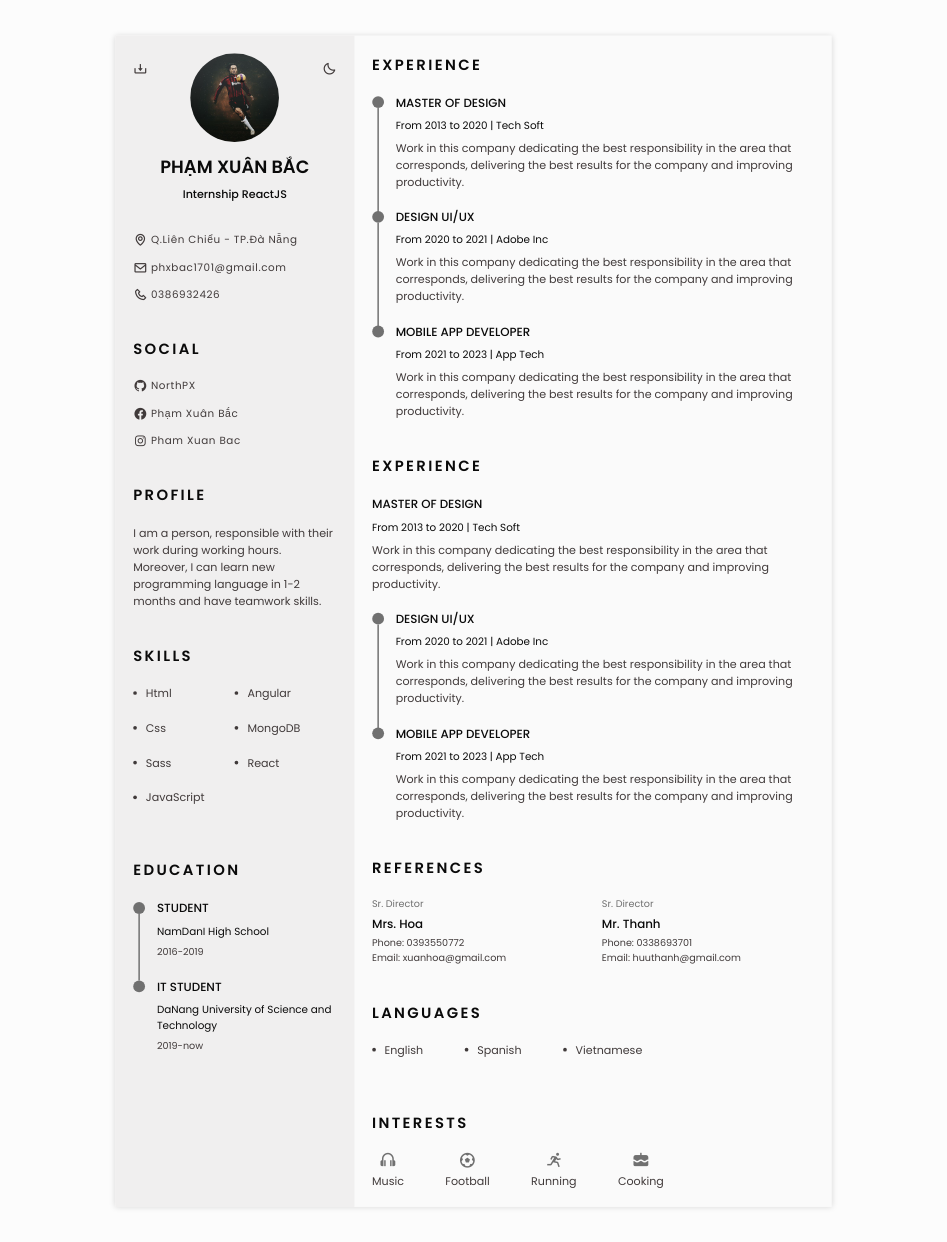
Repository: northpx/myCV
Page: index.html
An editor plug-in stored every save of this project. The page is shown before and after a run of saves, followed by the edit.
The browser window is 1280 px wide. The pictures show the whole page, at 74% of full size.

Above is the page before, as saved 2023-02-23 17:07:18.
Console error: TypeError: Cannot read properties of null (reading 'classList')

After the next 4 saves:
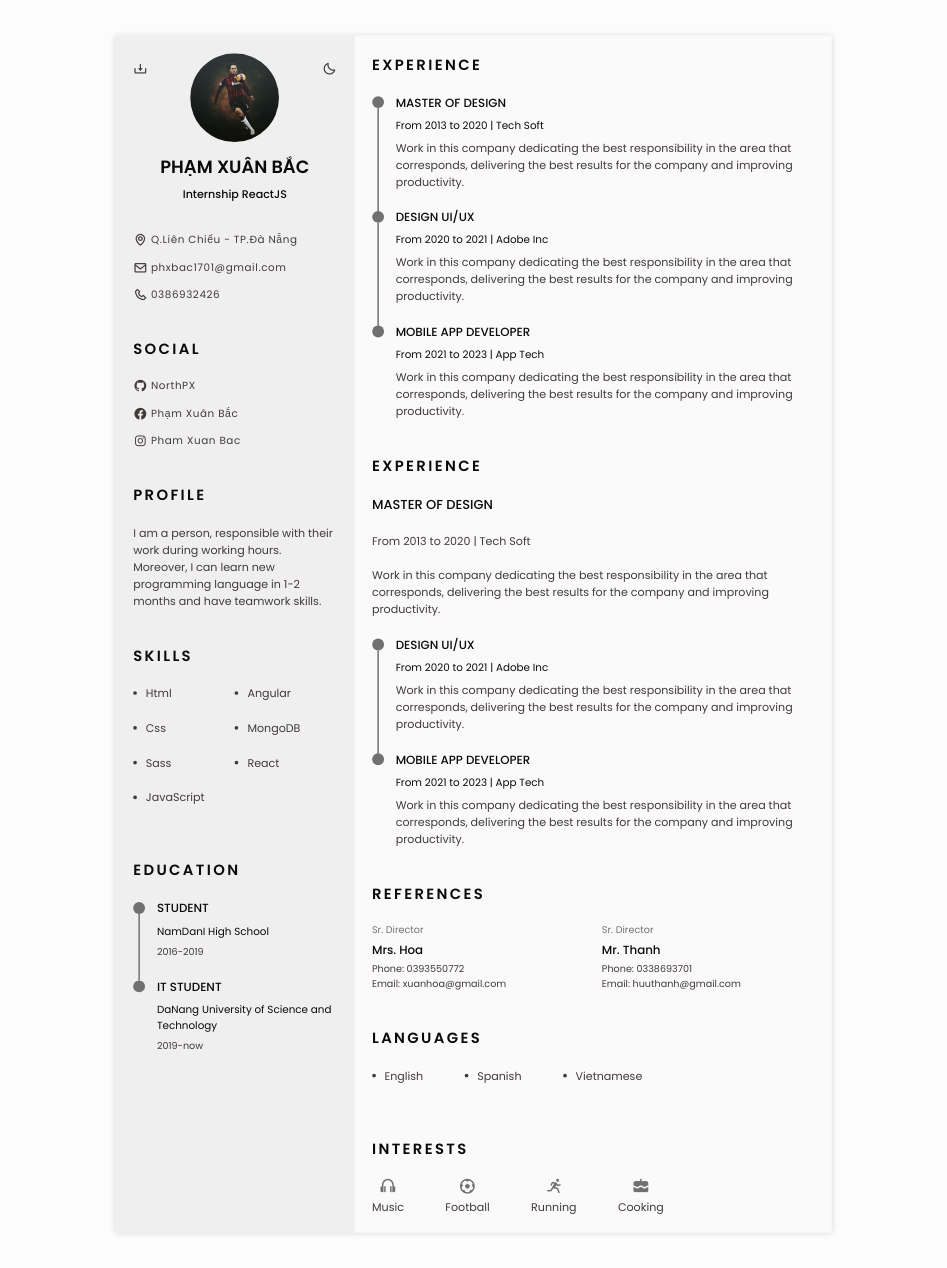
The 4 saves are shown as one change because they came seconds apart.
The last was saved 14 s later.
--- a/index.html
+++ b/index.html
@@ -231,10 +231,10 @@
                                 <span class="project__rounder"></span>
                                 <span class="project__line"></span>
                             </div>
-                            <div class="experience__data bd-grid">
-                                <h3 class="experience__title">MASTER OF DESIGN</h3>
-                                <span class="experience__company">From 2013 to 2020 | Tech Soft</span>
-                                <p class="experience__description">Work in this company dedicating the best responsibility in the area that corresponds, delivering the best results for the company and improving productivity.</p>
+                            <div class="project__data bd-grid">
+                                <h3 class="project__title">MASTER OF DESIGN</h3>
+                                <span class="project__company">From 2013 to 2020 | Tech Soft</span>
+                                <p class="project__description">Work in this company dedicating the best responsibility in the area that corresponds, delivering the best results for the company and improving productivity.</p>
                             </div>
                         </div>
                         <div class="experience__content">
